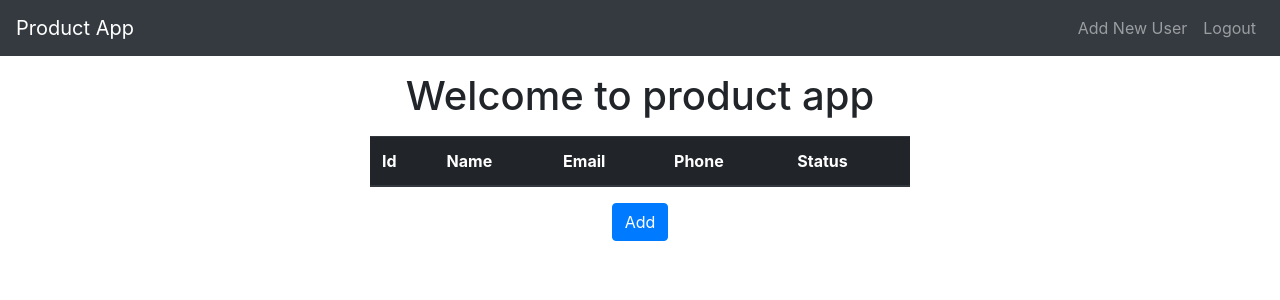
Repository: RakaYadav/Product_app_Project
Page: http://localhost/product_app_project/views/listAllUsers.jsp
These files come from the project's save history. The page is drawn as it stood at one moment and after the next save; the edit follows.
The browser window is 1280 px wide. The pictures show the whole page.
Some web libraries are served in a nearby version. The page is served by Tomcat 10. Other server files are loaded and not shown. The template is opened directly, without the code that normally fills it, so the values that code supplies are empty.

Above is the page before, as saved 2024-07-02 06:13:04.

### product_app_project/src/main/webapp/views/listAllUsers.jsp
<%@ page language="java" contentType="text/html; charset=ISO-8859-1"
    pageEncoding="ISO-8859-1"%>
<!DOCTYPE html>
<html>
<head>
<meta charset="ISO-8859-1">
<%@include file="./baseall.jsp"%>
</head>
<body>

	<nav class="navbar navbar-expand-lg navbar-dark bg-dark">
		<a class="navbar-brand" href="#">Product App</a>
		<button class="navbar-toggler" type="button" data-toggle="collapse"
			data-target="#navbarNav" aria-controls="navbarNav"
			aria-expanded="false" aria-label="Toggle navigation">
			<span class="navbar-toggler-icon"></span>
		</button>
		<div class="collapse navbar-collapse" id="navbarNav">
			<ul class="navbar-nav ml-auto">
				<li class="nav-item"><a class="nav-link" href="addNewUser">Add
						New User</a></li>
				<li class="nav-item"><a class="nav-link" href="logout">Logout</a>
				</li>
			</ul>
		</div>
	</nav>
	 <% if ("true".equals(request.getAttribute("msg"))) { %>
        <h2>User added successfully</h2>
    <% } %>
	<div class="container mt-3">
		<div class="row">
			<div class="col-md-6 offset-md-3">
				<h1 class="text-center mb-3">Welcome to product app</h1>
				<table class="table">
					<thead class="thead-dark">
						<tr>
							<th scope="col">Id</th>
							<th scope="col">Name</th>
							<th scope="col">Email</th>
							<th scope="col">Phone</th>
							<th scope="col">Status</th>
						</tr>
					</thead>

					<tbody>
						<c:forEach items="${users}" var="p">
							<tr>
								<th scope="row">PId${p.id }</th>
								<td>${p.name }</td>
								<td>${p.email }</td>
								<td>${p.phone}</td>
								<td>${p.status }</td>

							</tr>
						</c:forEach>

					</tbody>

				</table>
				<div class="container text-center">
					<a href="addProduct" class="btn btn-primary">Add</a>
				</div>
			</div>
		</div>
	</div>

</body>
</html>

### product_app_project/src/main/webapp/views/baseall.jsp
<%@ page language="java" contentType="text/html; charset=ISO-8859-1"
	pageEncoding="ISO-8859-1"%>
<%@ page isELIgnored="false"%>
<%@ taglib prefix="c" uri="http://java.sun.com/jsp/jstl/core"%>
<!DOCTYPE html>
<html>
<head>
<meta charset="ISO-8859-1">
<title><c:out value="${title }"> Product Crud App</c:out></title>
<link rel="stylesheet"
	href="https://cdn.jsdelivr.net/npm/bootstrap@4.0.0/dist/css/bootstrap.min.css"
	integrity="sha384-Gn5384xqQ1aoWXA+058RXPxPg6fy4IWvTNh0E263XmFcJlSAwiGgFAW/dAiS6JXm"
	crossorigin="anonymous">
<link rel="stylesheet"
	href="https://cdn.jsdelivr.net/npm/bootstrap@4.0.0/dist/css/bootstrap.min.css"
	integrity="sha384-Gn5384xqQ1aoWXA+058RXPxPg6fy4IWvTNh0E263XmFcJlSAwiGgFAW/dAiS6JXm"
	crossorigin="anonymous">
</head>
<body>
	<script src="https://code.jquery.com/jquery-3.2.1.slim.min.js"
		integrity="sha384-KJ3o2DKtIkvYIK3UENzmM7KCkRr/rE9/Qpg6aAZGJwFDMVNA/GpGFF93hXpG5KkN"
		crossorigin="anonymous"></script>
	<script
		src="https://cdn.jsdelivr.net/npm/popper.js@1.12.9/dist/umd/popper.min.js"
		integrity="sha384-ApNbgh9B+Y1QKtv3Rn7W3mgPxhU9K/ScQsAP7hUibX39j7fakFPskvXusvfa0b4Q"
		crossorigin="anonymous"></script>
	<script
		src="https://cdn.jsdelivr.net/npm/bootstrap@4.0.0/dist/js/bootstrap.min.js"
		integrity="sha384-JZR6Spejh4U02d8jOt6vLEHfe/JQGiRRSQQxSfFWpi1MquVdAyjUar5+76PVCmYl"
		crossorigin="anonymous"></script>
	<script src="https://code.jquery.com/jquery-3.2.1.slim.min.js"
		integrity="sha384-KJ3o2DKtIkvYIK3UENzmM7KCkRr/rE9/Qpg6aAZGJwFDMVNA/GpGFF93hXpG5KkN"
		crossorigin="anonymous"></script>
	<script
		src="https://cdn.jsdelivr.net/npm/popper.js@1.12.9/dist/umd/popper.min.js"
		integrity="sha384-ApNbgh9B+Y1QKtv3Rn7W3mgPxhU9K/ScQsAP7hUibX39j7fakFPskvXusvfa0b4Q"
		crossorigin="anonymous"></script>
	<script
		src="https://cdn.jsdelivr.net/npm/bootstrap@4.0.0/dist/js/bootstrap.min.js"
		integrity="sha384-JZR6Spejh4U02d8jOt6vLEHfe/JQGiRRSQQxSfFWpi1MquVdAyjUar5+76PVCmYl"
		crossorigin="anonymous"></script>

</body>
</html>

After the next save:
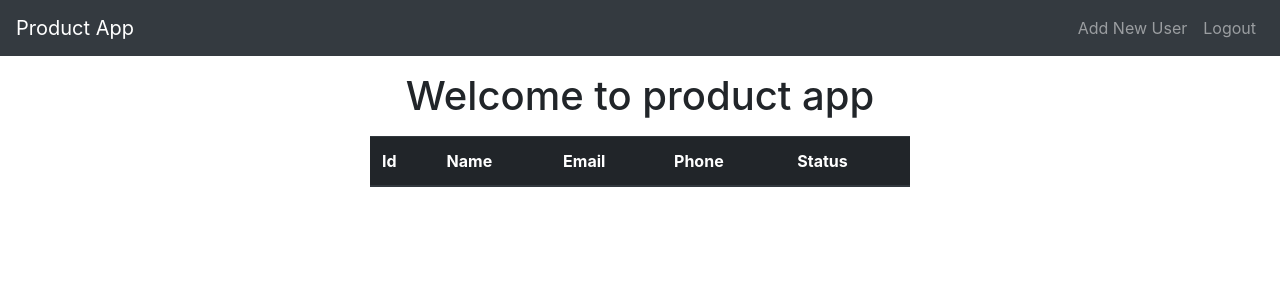
Saved 75 s later.
--- a/product_app_project/src/main/webapp/views/listAllUsers.jsp
+++ b/product_app_project/src/main/webapp/views/listAllUsers.jsp
@@ -57,9 +57,6 @@
 					</tbody>
 
 				</table>
-				<div class="container text-center">
-					<a href="addProduct" class="btn btn-primary">Add</a>
-				</div>
 			</div>
 		</div>
 	</div>
